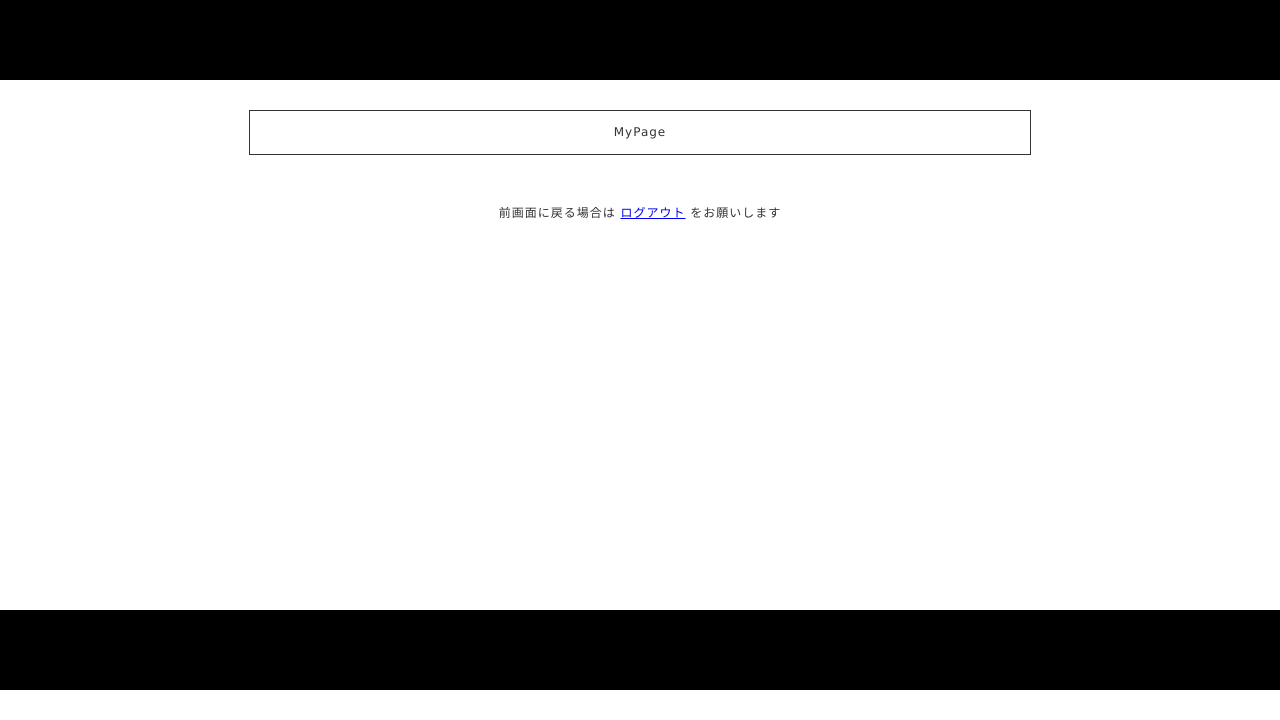
Repository: 3103senoomizho/test
Page: http://localhost/template/myPage.jsp
These files come from the project's save history. The page is drawn as it stood at one moment and after the next save; the edit follows.
The browser window is 1280 px wide. The pictures show the whole page.
The page is served by Tomcat 9. Other server files are loaded and not shown.

Above is the page before, as saved 2018-03-20 04:30:50.

### template/WebContent/myPage.jsp
<%@ page language="java" contentType="text/html; charset=UTF-8"
    pageEncoding="UTF-8"%>
<%@ taglib prefix="s" uri="/struts-tags" %>
<!DOCTYPE html >
<html>
<head>
<meta http-equiv="Content-Type" content="text/html; charset=UTF-8">
<meta http-equiv="Content-Style-Type" content = "text/css"/>
<meta http-equiv="Content-Script-Type" content="text/javascript"/>
<meta http-equiv="imagetoolbar" content="no"/>
<meta name="description content=""/>
<meta name="keywords" content=""/>

<title>MyPage画面</title>

<style type = "text/css">
/*===============TAG LAYOUT=================*/
body{
  margin:0;
  padding:0;
  line-height:1.6;
  letter-spacing:1px;
  font-family:Verdana,Helvetica,sans-serif;
  font-size:12px;
  color:#333;
  background:#fff;
}
table{
  text-align:center;
  margin:0 auto;
}
/*===============ID LAYOUT=================*/
#top{
  width:780px;
  margin:30px auto;
  border:1px solid #333;
}
#header{
  width:100%;
  height:80px;
 background-color:black;
}
#main{
  width:100%;
  height:500px;
  text-align:center;
  clear:both;
}
#footer{
  width:100%;
  height:80px;
  background-color:black;
  clear:both;
}
</style>

</head>
<body>
      <div id="header">
              <div id="pr">
              </div>
     </div>
     <div id="main">
              <div id="top">
                      <p>MyPage</p>
              </div>
              <div>
              <s:if test="session.message==''">
                         <h3>ご購入情報は以下になります。</h3>
                         <table>
                               <tr>
                                   <td>商品名</td>
                                   <td><s:property value="session.buyItem_name"/></td>
                               </tr>
                               <tr>
                                   <td>値段</td>
                                   <td>
                                          <s:property value="session.total_price"/>
                                          <span>円</span>
                                   </td>
                               </tr>
                               <tr>
                                   <td>購入個数</td>
                                   <td>
                                          <s:property value="session.total_count"/>
                                          <span>個</span>
                                  </td>
                               </tr>
                               <tr>
                                   <td>支払い方法</td>
                                   <td>
                                          <s:property value="session.total_payment"/>
                                   </td>
                               </tr>

                          </table>
                          <s:form action="MyPageAction">
                                  <input type="hidden"name="deleteFlg" value="1">
                                  <s:submit value="削除" method ="delete"/>
                          </s:form>
              </s:if>
              <s:if test="session.message !=null">
                          <h3><s:property value = "session.message"/></h3>
              </s:if>
                          <div>
                                  <br>
                                  <span>前画面に戻る場合は</span>
                                  <a href='<s:url action="HomeAction"/>'>ログアウト</a>
                                  <span>をお願いします</span>
                         </div>

              </div>
       </div>
       <div id="footer">
                <div id="pr">
                </div>
        </div>
</body>
</html>

After the next save:
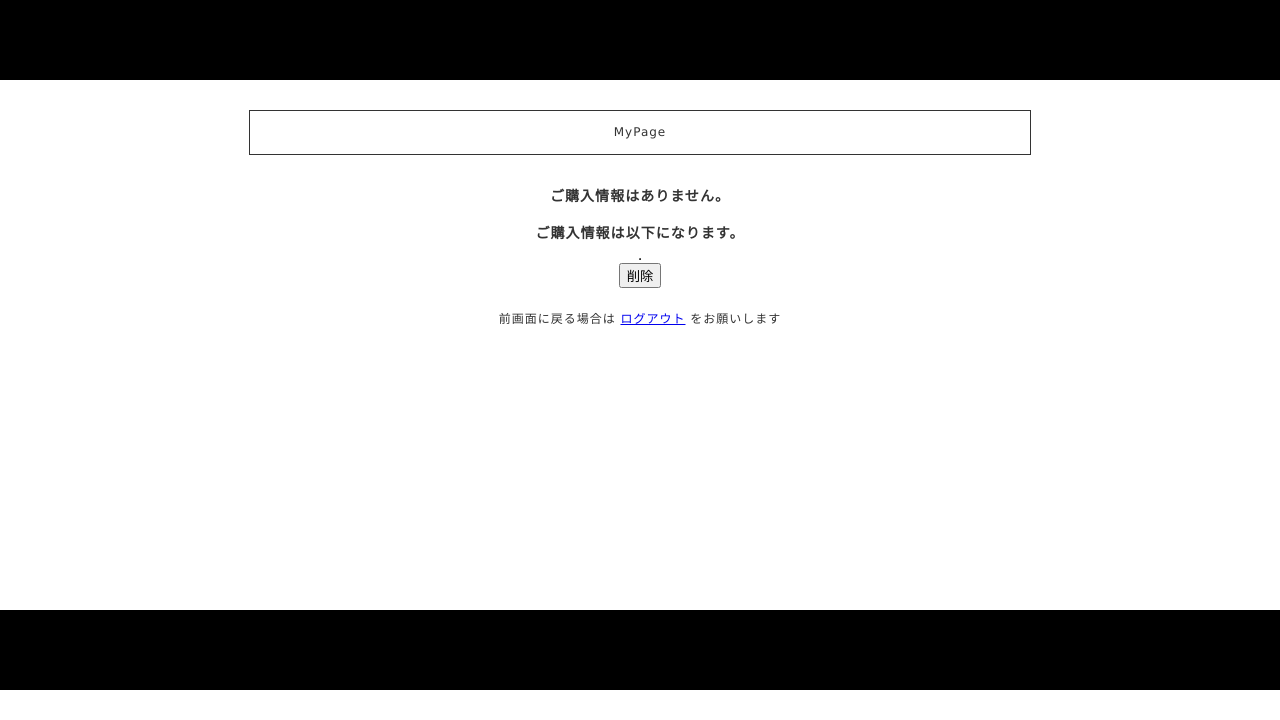
Saved 11 min 13 s later.
--- a/template/WebContent/myPage.jsp
+++ b/template/WebContent/myPage.jsp
@@ -65,33 +65,44 @@
                       <p>MyPage</p>
               </div>
               <div>
-              <s:if test="session.message==''">
+              <s:if test="myPageList ==null">
+                         <h3>ご購入情報はありません。</h3>
+              </s:if>
+              <s:if test="message ==null">
                          <h3>ご購入情報は以下になります。</h3>
-                         <table>
+                         <table border="1">
+                         <s:iterator value="myPageList">
                                <tr>
                                    <td>商品名</td>
-                                   <td><s:property value="session.buyItem_name"/></td>
+                                   <td><s:property value="Item_name"/></td>
                                </tr>
                                <tr>
                                    <td>値段</td>
                                    <td>
-                                          <s:property value="session.total_price"/>
+                                          <s:property value="totalPrice"/>
                                           <span>円</span>
                                    </td>
                                </tr>
                                <tr>
                                    <td>購入個数</td>
                                    <td>
-                                          <s:property value="session.total_count"/>
+                                          <s:property value="totalCount"/>
                                           <span>個</span>
                                   </td>
                                </tr>
                                <tr>
                                    <td>支払い方法</td>
                                    <td>
-                                          <s:property value="session.total_payment"/>
+                                          <s:property value="payment"/>
                                    </td>
                                </tr>
+                               <tr>
+                                   <td>
+                                          <s:property value="insert_date"/>
+                                   </td>
+                               </tr>
+
+                          </s:iterator>
 
                           </table>
                           <s:form action="MyPageAction">
